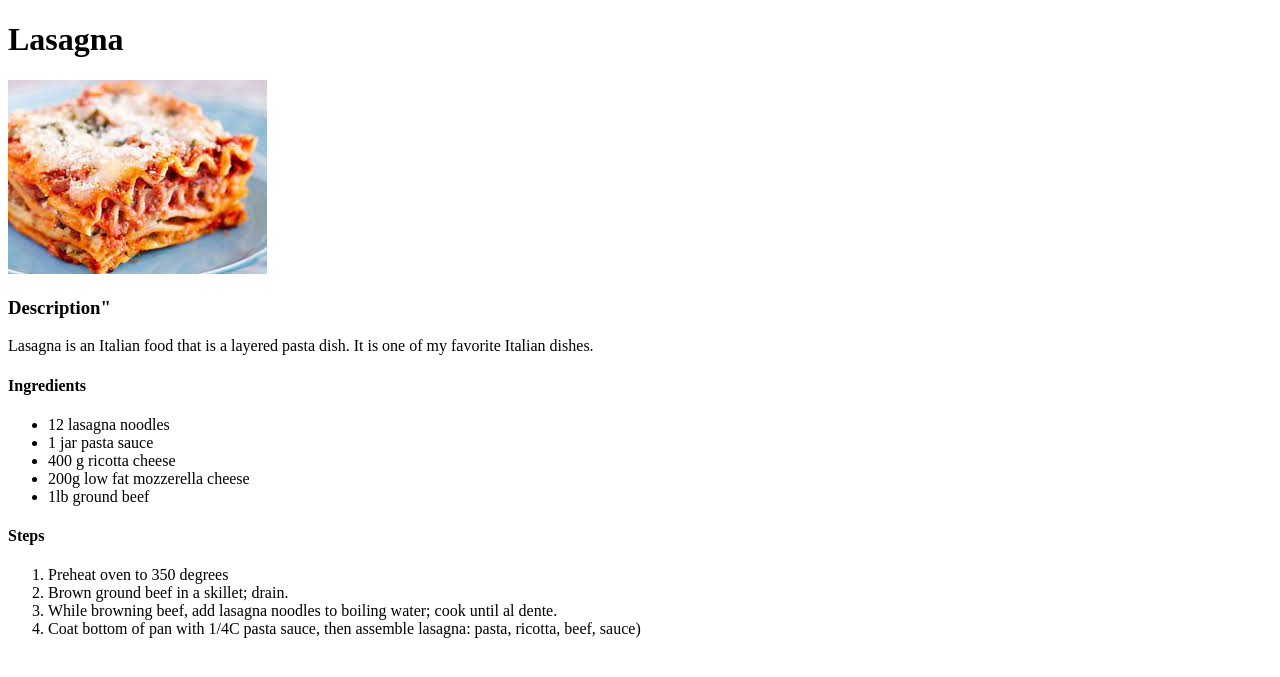
Repository: swillis91/odin-recipies
Page: repos/odin-recipies/Recipies/lasagna.html
These files come from the project's save history. The page is drawn as it stood at one moment and after the next save; the edit follows.
The browser window is 1280 px wide. The pictures show the whole page.

Above is the page before, as saved 2023-08-09 00:15:55.

### repos/odin-recipies/Recipies/lasagna.html
<!DOCTYPE html>
    <html lang="en">
        <head>
            <meta charset="utf-8">
            <link rel="'stylesheet" href='./style.css' type="text/css" media="screen"/>
            <title>Lasagna</title>
        </head>
        <body>
            <h1>Lasagna</h1>
                <img src="data:[embedded picture, 13323 characters]">
            <h3>Description"</h3>
                <p>Lasagna is an Italian food that is a layered pasta dish. It is one of my favorite Italian dishes.</p>
              <h4>Ingredients</h4>
                 <ul>
                        <li>12 lasagna noodles</li>
                        <li>1 jar pasta sauce</li>
                        <li>400 g ricotta cheese</li>
                        <li>200g low fat mozzerella cheese</li>
                        <li>1lb ground beef</li>
                    </ul>
                <h4>Steps</h4>
                    <ol>
                        <li>Preheat oven to 350 degrees</li>
                        <li>Brown ground beef in a skillet; drain.</li>
                        <li>While browning beef, add lasagna noodles to boiling water; cook until al dente.</li>
                        <li>Coat bottom of pan with 1/4C pasta sauce, then assemble lasagna: pasta, ricotta, beef, sauce)</li>
                    </ol>

        </body>
    </html>

### repos/odin-recipies/Recipies/style.css

body{
    color: red;
    background-color: black;
}

After the next save:
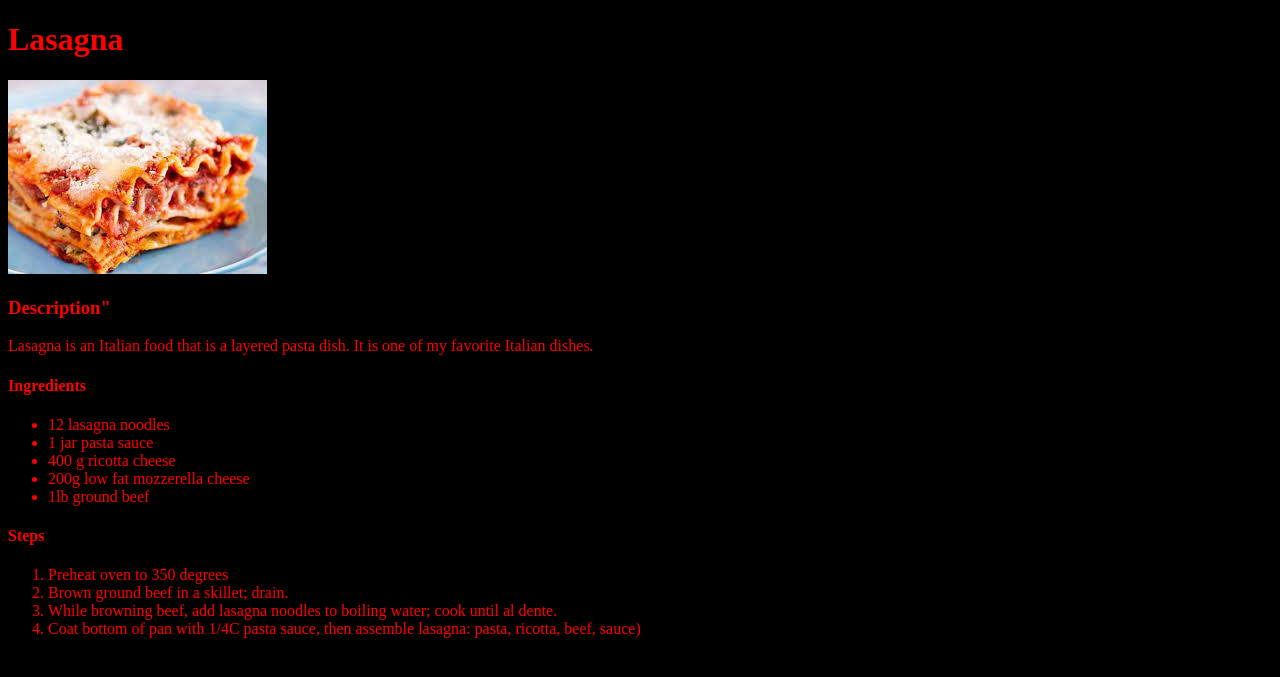
Saved 82 s later.
--- a/repos/odin-recipies/Recipies/lasagna.html
+++ b/repos/odin-recipies/Recipies/lasagna.html
@@ -3,6 +3,7 @@
         <head>
             <meta charset="utf-8">
             <link rel="'stylesheet" href='./style.css' type="text/css" media="screen"/>
+            <link href="style.css" rel="stylesheet">
             <title>Lasagna</title>
         </head>
         <body>
